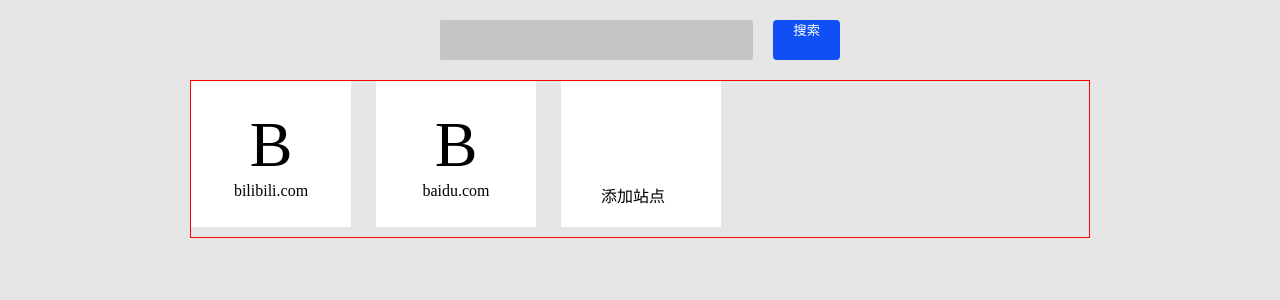
Repository: chenguocan/-
Page: src/index.html
These files come from the project's save history. The page is drawn as it stood at one moment and after the next save; the edit follows.
The browser window is 1280 px wide. The pictures show the whole page.

Above is the page before, as saved 2020-08-12 15:14:20.

### src/index.html
<!DOCTYPE html>
<html lang="en">

<head>
    <meta charset="UTF-8">
    <meta name="viewport"
        content="width=device-width,initial-scale=1,minimum-scale=1,maximum-scale=1,user-scalable=no,viewport-fit=cover">
    <meta http-equiv="X-UA-Compatible" content="ie=edge">
    <title>前端导航</title>
    <link rel="stylesheet" href="./style.css">
    <style type="text/css">
        .icon {
            width: 1em;
            height: 1em;
            vertical-align: -0.15em;
            fill: currentColor;
            overflow: hidden;
        }
    </style>
</head>

<body>
    <header class="globalHeader">
        <form class="searchForm" method="get" action="https://www.baidu.com/s">
            <input name="wd" type="text" />
            <button class="searchButton">搜索</button>
        </form>
    </header>
    <main class="globalMain">
        <ul class="siteList">
            <li class="addButton siteUrl">
                <div class="logo">
                    <svg class="icon" aria-hidden="true" style="width: 5em; height:5em">
                        <use xlink:href="#icon-jiahao"></use>
                    </svg>
                    <div class="site">添加站点</div>
                </div>
            </li>
        </ul>
    </main>
    <script src="https://cdn.bootcdn.net/ajax/libs/jquery/3.5.1/jquery.slim.min.js"></script>
    <script src="//at.alicdn.com/t/font_2000749_640re2b3w3g.js"></script>
    <script src="./main.js"></script>
</body>

</html>

### src/style.css
*{
    margin: 0;
    padding: 0;
    box-sizing: border-box;
}
*::before{
    margin: 0;
    padding: 0;
    box-sizing: border-box;
}
*::after{
    margin:0;
    padding: 0;
    box-sizing: border-box;
}
body{
    background:#E5E5E5;
}
ul>li{
    list-style: none;
}
a{
    text-decoration: none;
    color: inherit;
}
.searchForm {
    margin:20px;
    display: flex;
    flex-direction: row;
    flex-wrap: nowrap;
    justify-content: space-between;
}
.globalHeader >.searchForm > input{
    width: 100%;
    border: none;
    height: 40px;
    border-radius: 2px;
    background: #C4C4C4;
    padding-left: 10px;
}

.globalMain {
    max-width: 900px;
    margin-left: auto;
    margin-right: auto;
  }
@media(min-width:500px){
    .searchForm{
        max-width: 400px;
        margin-left: auto;
        margin-right: auto;
    }
}
.globalHeader >.searchForm> .searchButton{
    display: flex;
    white-space: nowrap;
    border: none;
    color:white;
    margin-left: 20px;
    background:#0F4FF3;
    border-radius:4px;
    padding:0 20px;
}
.siteList{
    display: flex;
    flex-direction: row;
    justify-content: space-between;
    flex-wrap: wrap;
    margin:0 20px;
    border:1px solid red;
}
@media (min-width:500px){
    .siteList{
        max-width: 900px;
        margin-right: auto;
        margin-left: auto;
        justify-content: flex-start;
    }
}
.siteList .siteBox,.addButton{
    display: flex;
    flex-direction: column;
    justify-content: center;
    align-items: center;
    flex-wrap: wrap;
    height: 146px;
    width: 160px;
    margin-bottom: 10px;
    background:#FFFFFF;
}
@media(min-width:500px){
    .siteList .siteBox,.addButton{
        margin-right: 25px;

    }
}
.siteList .siteBox>.logo{
    font-size: 64px;
}
.siteList .siteBox>.site{
    font-size:16px;
}
.siteBox{
    position: relative;

}
.delete{
    display: inline-block;
    position: absolute;
    right: 0;
    top: 0;
}
.delete>.icon{
    display: none;
    width: 30px;
    height: 30px;
}
.siteList .siteBox:hover>.delete>.icon{
    display: block;
}

### src/main.js
const $siteList = $(".siteList");
const $addButton = $(".addButton");
const $lastLi = $siteList.find('li.last')
const x = localStorage.getItem('x');
const xObject = JSON.parse(x);
const hashMap = xObject || [
    {
        logo: "B",
        url: "https://www.bilibili.com",
    },
    {
        logo: "D",
        url: "https://www.baidu.com"
    }
];
const replaceUrl = ((url) => {
    return url.replace("http://", "").replace("https://", "").replace("www.", "").replace(/\/.*/, '')
})
const hashMapList = () => {
    $siteList.find("li:not(.addButton)").remove();
    hashMap.forEach((item, index) => {
        let $string = $(`
    <li class="site">
        <a href="${item.url}">
            <div class="siteBox">
                <div class="logo">${replaceUrl(item.url)[0].toUpperCase()}</div>
                <div class="siteUrl">${replaceUrl(item.url)}</div>
                <div class="delete">
                <svg class="icon" aria-hidden="true">
                   <use xlink:href="#icon-cha"></use>
                </svg>
               </div>
             </div>
        </a>
    </li>
    `).insertBefore($addButton);
        $(".delete>svg").on('click', (e) => {
            e.stopPropagation(); // 阻止冒泡
            hashMap.splice(index, 1);
            hashMapList();
        })
    })
}
hashMapList();
$addButton.on("click", () => {
    let addUrl = window.prompt("请输入要添加的站点");
    if (addUrl !== null) {
        let logo = replaceUrl(addUrl)[0].toUpperCase();
        let url = addUrl;
        if (addUrl.indexOf("https") === -1) {
            url = "https://" + addUrl;
        }
        //console.log(logo, url)
        let addList = {
            logo,
            url,
        };
        hashMap.push(addList);
        hashMapList();
    }
})
window.onbeforeunload = (() => {
    const value = JSON.stringify(hashMap);
    window.localStorage.setItem("x", value);
})

After the next save:
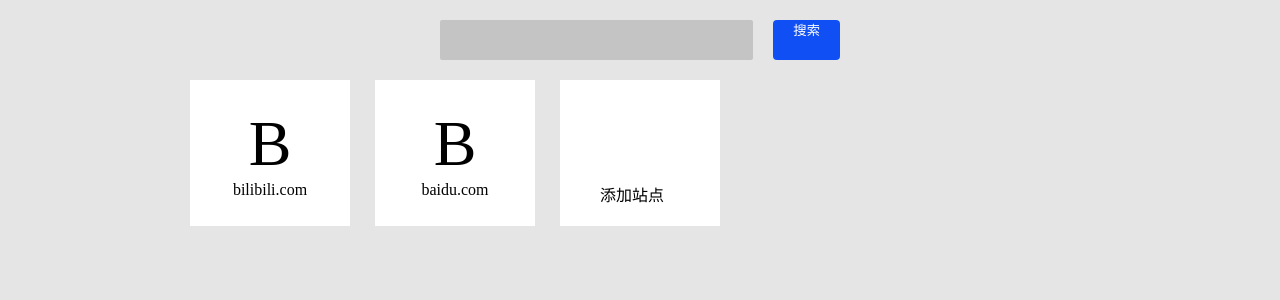
Saved 22 s later.
--- a/src/style.css
+++ b/src/style.css
@@ -61,14 +61,13 @@
     border-radius:4px;
     padding:0 20px;
 }
-.siteList{
+.siteList {
+    margin: 20px;
     display: flex;
-    flex-direction: row;
+    flex-wrap: wrap;
     justify-content: space-between;
-    flex-wrap: wrap;
-    margin:0 20px;
-    border:1px solid red;
-}
+  }
+
 @media (min-width:500px){
     .siteList{
         max-width: 900px;
